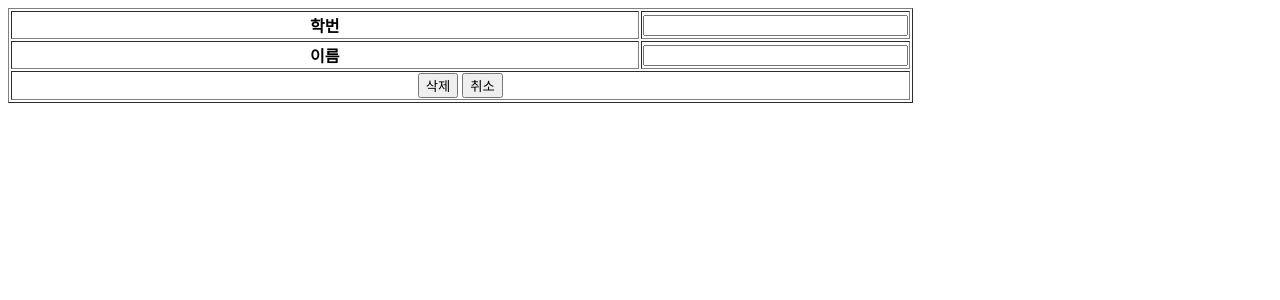
Repository: cccf777/-
Page: http://localhost/hrd0422/junhbo/hakDelete.jsp
The author's editor kept a copy of each file at every save. The page is drawn from the files as they stood at one save, then again after a run of saves.
The browser window is 1280 px wide. The pictures show the whole page.
The page is served by Tomcat 9.

Above is the page before, as saved 2021-04-26 03:32:44.

After the next 2 saves:
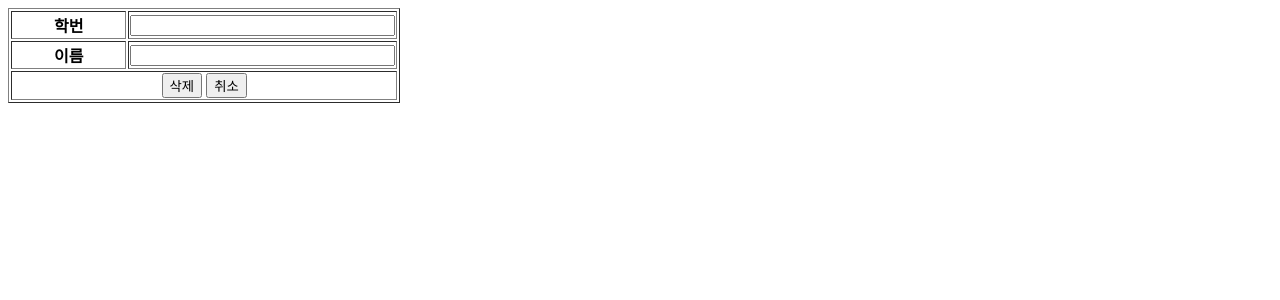
The 2 saves are shown as one change because they came seconds apart.
The last was saved 13 s later.
--- a/workspace/hrd0422/src/main/webapp/junhbo/hakDelete.jsp
+++ b/workspace/hrd0422/src/main/webapp/junhbo/hakDelete.jsp
@@ -10,8 +10,8 @@
 <form name=form method=post action="hakDeleteProcess.jsp">
 <table border=1>
 	<tr>
-		<th>학번</th>
-		<td width=30%><input type=text name=id size=30 id=in></td>
+		<th width=30%>학번</th>
+		<td ><input type=text name=id size=30 id=in></td>
 	</tr>
 	<tr>
 		<th>이름</th>
